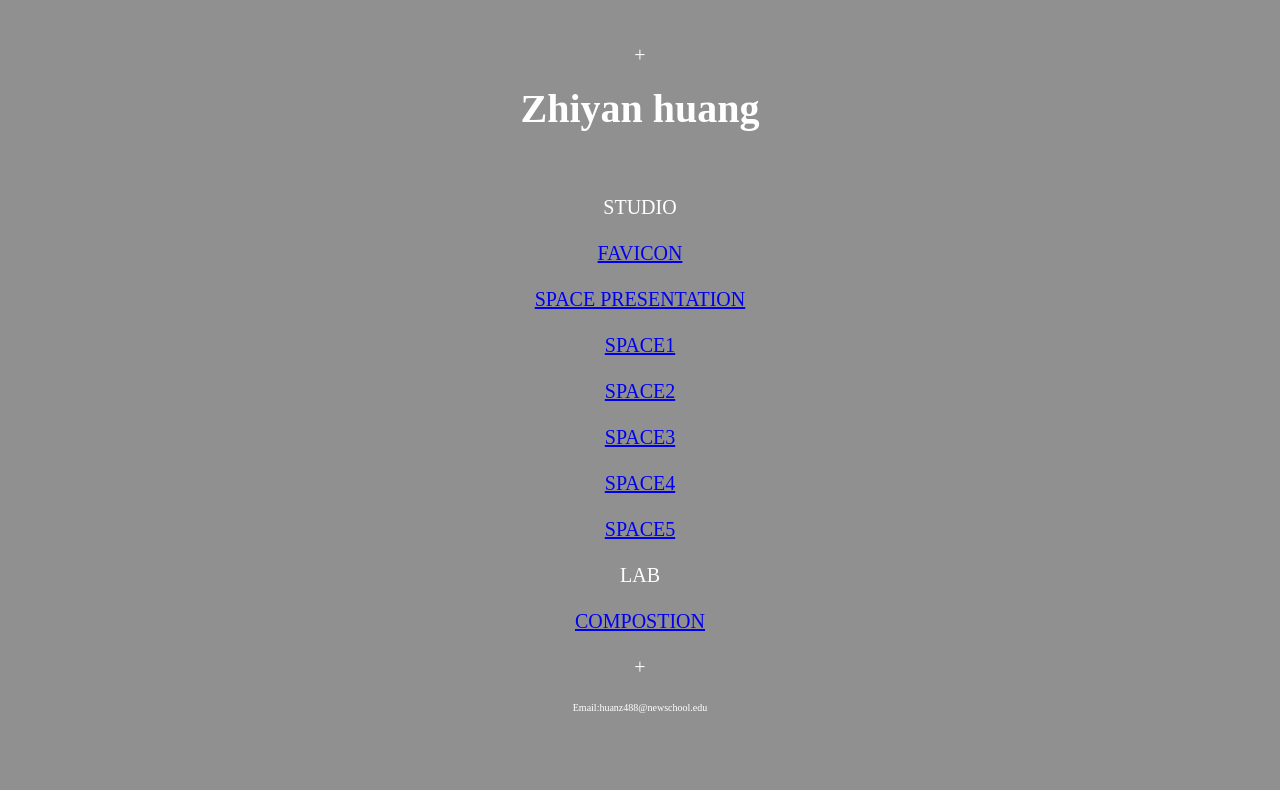
Repository: huanz488/huanz488-github.io
Page: index.html
The author's editor kept a record of every edit. The page is drawn from the files as they stood at one moment, then again after the next edit.
The browser window is 1280 px wide. The pictures show the whole page.

Above is the page before.

After the next edit:
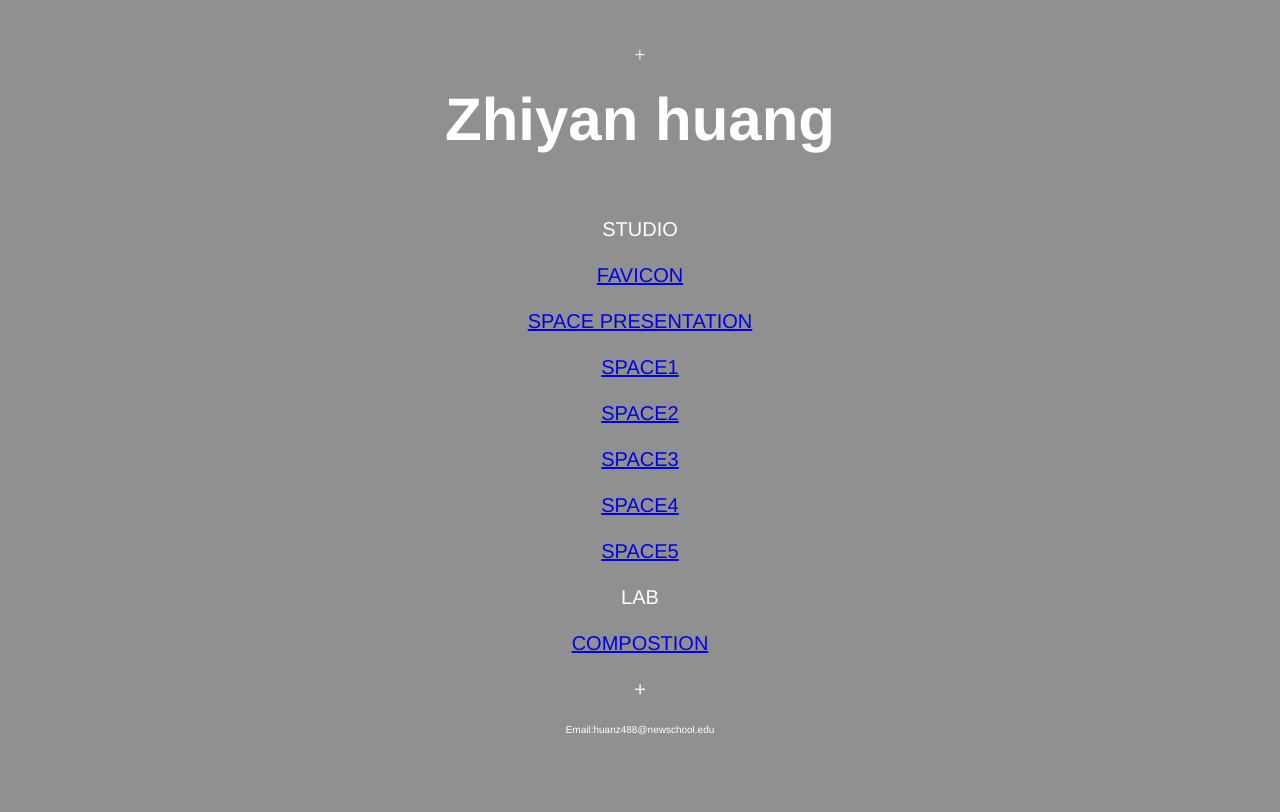
The edit:
--- a/index.html
+++ b/index.html
@@ -4,7 +4,7 @@
 <br>
 <span style="font-size:20";><center>+</center></span>
 <br>
-<span style="font-size:40";><b><center>Zhiyan huang</center></b></span>
+<span style="font-size:60";><font face="Helvetica";><b><center>Zhiyan huang</center></b></span>
 <br>
 <span style="font-size:20";> <marquee>Welcome to my page</marquee><br>
 <br>
